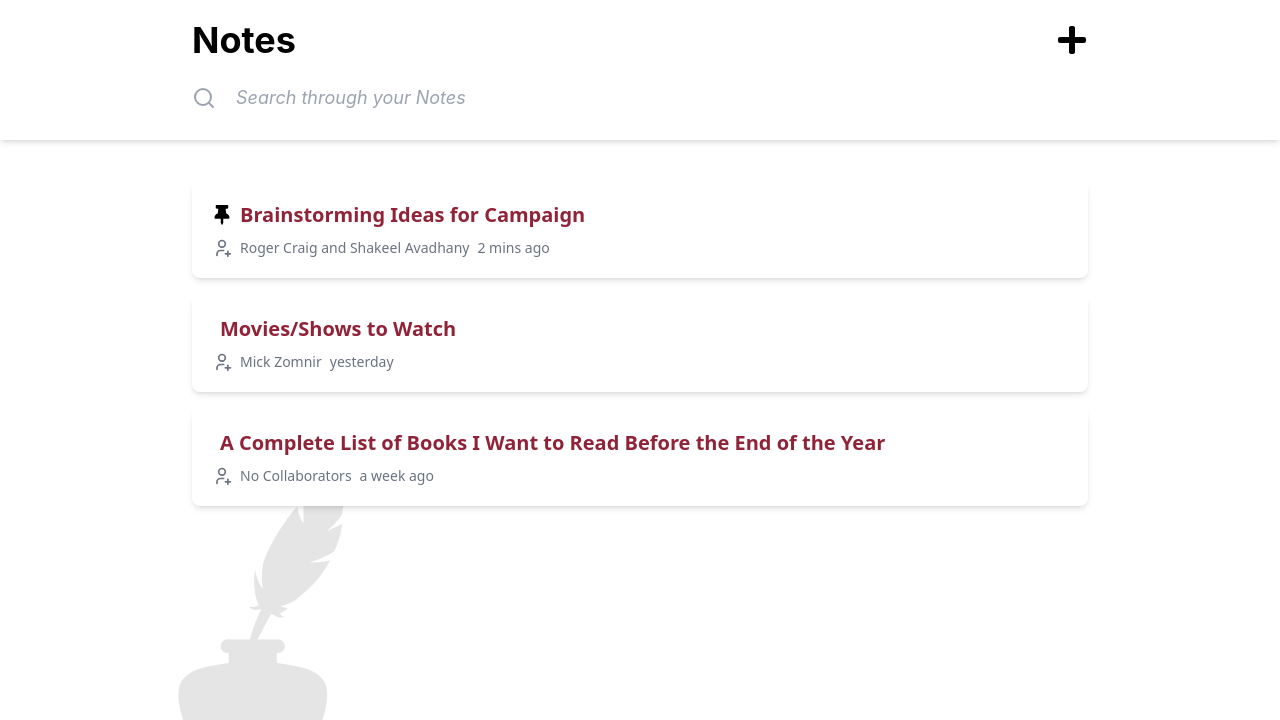
Repository: shabiasaeed/Notes-app
Page: /
An editor plug-in stored every save of this project. The page is shown before and after the next save, followed by the edit.
The browser window is 1280 px wide. The pictures show the whole page.
The project was rebuilt for these pictures with package versions that can differ from the ones it lists, and the page was loaded fresh each time. Also part of the build but not shown: src/components/Header.css, src/components/Note.css, src/App.css.

Above is the page before, as saved 2025-01-01 19:05:16.

### src/App.js
import React, { useState } from 'react';
import Header from './components/Header';
import Note from './components/Note';
import './App.css';
import backgroundInk from './assets/ink-background-element.png';

//Component to handle the rendering of the header and note compnents
function App() {
  // Displaying few static notes
  const [notes, notesList] = useState([
    {
      title: "Brainstorming Ideas for Campaign",
      author: "Roger Craig and Shakeel Avadhany",
      time: "2 mins ago",
      pinned: true
    },
    {
      title: "Movies/Shows to Watch",
      author: "Mick Zomnir",
      time: "yesterday",
      pinned: false
    },
    {
      title: "A Complete List of Books I Want to Read Before the End of the Year",
      author: "No Collaborators",
      time: "a week ago",
      pinned: false
    }
  ]);

  function handleDelete(title){
    notesList(notes.filter( note => note.title !== title))
  }

  function handlePinToggle(title){
    notesList(prevNotes => prevNotes.map(note => note.title === title ? { ...note, pinned: !note.pinned } : note));
  };

  // Search state
  const [searchNotes, setSearchNotes] = useState('');

  // Filter notes based on search
  const filteredNotes = notes.filter(note => note.title.toLowerCase().includes(searchNotes.toLowerCase()));

  // Pinned notes to appear at the top
  const sortedNotes = filteredNotes.sort((a, b) => b.pinned - a.pinned);

  return (
    <div>
      <Header setSearchNotes={setSearchNotes}/>
      <main className="p-2 relative flex flex-col items-center font-sans">
        <img src={backgroundInk} alt="Ink Element" className="fixed top-2/3 right-2/3 transform -translate-x-1/2 z-[-1] w-26"/>
        <div className="w-full max-w-4xl mt-8 grid grid-cols-1 gap-4">
          {sortedNotes.map((note, index) => (
            <Note key={index} title={note.title} author={note.author} time={note.time} pinned={note.pinned} onDelete={handleDelete} onPinToggle={handlePinToggle}/>
          ))}
        </div>
      </main>
    </div>
  );
}

export default App;

### src/components/Header.js
import React from 'react';
import './Header.css';
import addButton from '../assets/add-button.png';
import { FiSearch } from 'react-icons/fi';
import { FaPlus } from 'react-icons/fa';


// Component to handle the display of the application's header section
const Header = ({ setSearchNotes }) => {
  return (
    <header className="p-5 bg-white flex flex-col items-center shadow-md">
      <div className="flex items-center justify-between w-full max-w-4xl">
        <h1 className="text-4xl font-bold text-black">Notes</h1>
        <FaPlus className="w-8 h-8 cursor-pointer"/>
      </div>
      <div className="flex items-center w-full max-w-4xl mt-4">
        <FiSearch className="w-6 h-6 text-gray-400 mr-3" />
        <input type="text" placeholder="Search through your Notes" className="flex-grow border-none outline-none p-2 text-lg italic placeholder-gray-400" onChange={(e) => setSearchNotes(e.target.value)}/>
      </div>
    </header>
  );
};

export default Header;

### src/components/Note.js
import React, { useState } from 'react';
import './Note.css';
import userIcon from '../assets/user-icon.png';
import { FiTrash } from 'react-icons/fi';
import { FaThumbtack } from 'react-icons/fa';
import { TbPinned } from 'react-icons/tb';
import { TbUserPlus } from 'react-icons/tb';

//Component to handle the display of the note's section
const Note = ({ title, author, time, pinned, onDelete, onPinToggle }) => {
  const [isHovered, setIsHovered] = useState(false); //State for checking whether the note is hovered


  return (
    <div className="p-5 rounded-lg bg-white shadow-md hover:shadow-lg flex flex-col gap-2 cursor-pointer w-full" onMouseEnter={() => setIsHovered(true)} onMouseLeave={() => setIsHovered(false)}>
      <div className="flex items-center justify-between">
        <div className="flex items-center">
          {pinned ? <FaThumbtack className="w-5 h-5 cursor-pointer" onClick={() => onPinToggle(title)} /> : isHovered && <TbPinned className="w-5 h-5 cursor-pointer" onClick={() => onPinToggle(title)} />}
          <h2 className="ml-2 font-bold text-[20px] text-[#912338]">{title}</h2>
        </div>
        {isHovered && <FiTrash className="w-5 h-5 cursor-pointer" onClick={() => onDelete(title)} />}
      </div>
      <div className="flex items-center gap-2 text-sm text-gray-500">
        <TbUserPlus className="w-5 h-5 cursor-pointer" />
        <p>{author}</p>
        <span>{time}</span>
      </div>
    </div>
  );
};

export default Note;

Loaded but not shown: public/index.html (common file); src/index.js (common file); src/index.css (common file); src/reportWebVitals.js (common file); tailwind.config.js (common file)

After the next save:
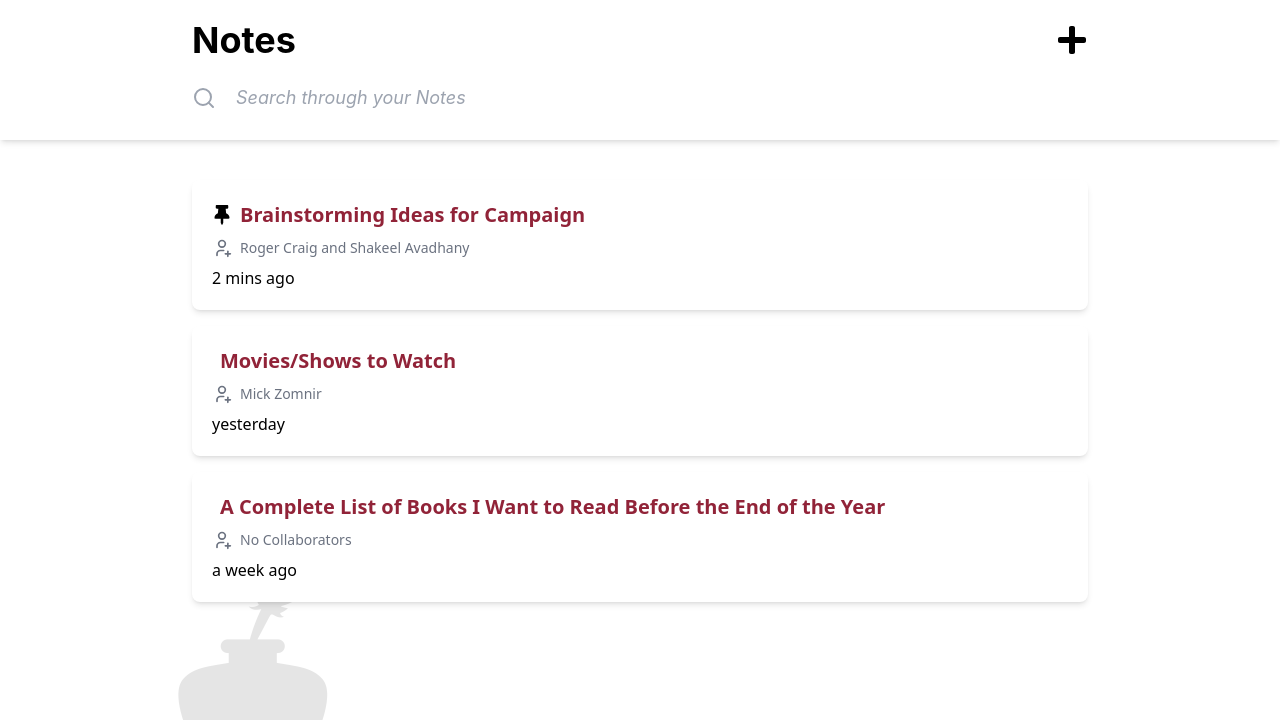
Saved 71 s later.
--- a/src/components/Note.js
+++ b/src/components/Note.js
@@ -23,8 +23,9 @@
       <div className="flex items-center gap-2 text-sm text-gray-500">
         <TbUserPlus className="w-5 h-5 cursor-pointer" />
         <p>{author}</p>
-        <span>{time}</span>
+
       </div>
+      <span>{time}</span>
     </div>
   );
 };

After the save that followed:
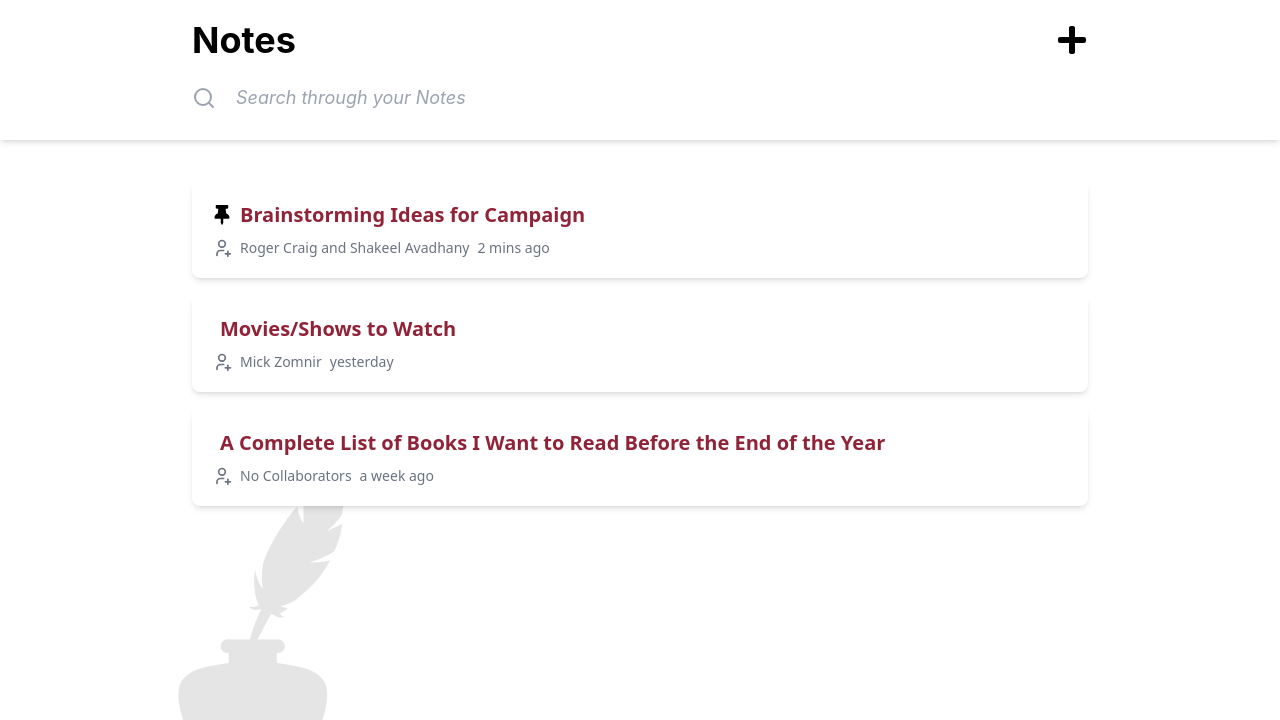
Saved 11 s later.
--- a/src/components/Note.js
+++ b/src/components/Note.js
@@ -23,9 +23,8 @@
       <div className="flex items-center gap-2 text-sm text-gray-500">
         <TbUserPlus className="w-5 h-5 cursor-pointer" />
         <p>{author}</p>
-
+        <span>{time}</span>
       </div>
-      <span>{time}</span>
     </div>
   );
 };
